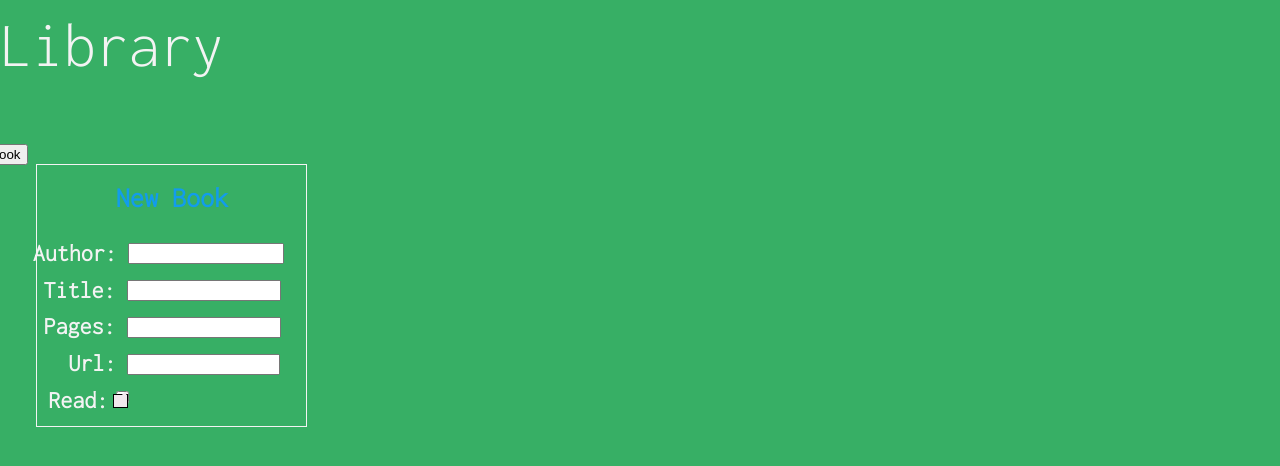
Repository: 0101chaitanya/Library
Page: index.html
These files come from the project's save history. The page is drawn as it stood at one moment and after the next save; the edit follows.
The browser window is 1280 px wide. The pictures show the whole page.

Above is the page before, as saved 2021-06-03 17:36:09.

### index.html
<!DOCTYPE html>
<html>

<head>
    <meta charset="UTF-8">
    <link rel="stylesheet" type="text/css" href="styles.css">

</head>

<body>
    <script type="text/javascript" src="script.js"></script>

</body>

</html>

### styles.css
  @import url('https://fonts.googleapis.com/css2?family=Inconsolata:wght@300&display=swap');
   :root {
      --color-white: #f3f3f3;
      --color-darkblue-alpha: rgba(27, 27, 50, 0.8);
      --color-green: #37af65;
  }

  *,
  *::before,
  *::after {
      box-sizing: border-box;
  }

  body {
      font-family: 'Inconsolata', monospace;
      font-size: 1rem;
      font-weight: 1000;
      line-height: 1.4;
      color: var(--color-white);
      margin: 0;
  }

  body::before {
      content: '';
      position: fixed;
      height: 100%;
      width: 100%;
      z-index: -1;
      background: var(--color-green);
  }

  h1 {
      font-weight: 400;
      font-size: 4rem;
      margin-top: 0rem;
  }

  label {
      display: flex;
      align-items: center;
      font-size: 1.5rem;
  }

  input,
  button {
      margin: 0;
      fontfamily: inherit
  }
  /*
  @media (max-width: 400px) {
       :root {
          font-size: 7px;
      }
  }

  @media (min-width: 401px) and (max-width: 799px) {
       :root {
          font-size: 16px;
      }
  }

  @media (min-width: 800px) {
       :root {
          font-size: 24px;
      }
  }

  @media (min-width: 1000px) {
       :root {
          font-size: 26px;
      }
  }
   */

  #newBookButton {
      position: relative;
      left: 20%;
      top: -2rem;
      left: -4.5rem;
  }

  form {
      font-size: 1.5rem;
      text-align: center;
      display: inline-flex;
      border: 0.01rem solid;
      position: relative;
      width: auto;
      top: 2rem;
      right: 4rem;
      flex-direction: column;
      align-items: center;
      justify-content: flex-start;
      text-align: flex-start;
  }

  h3 {
      position: relative;
      margin-left: 0;
      top: -1rem;
      color: rgb(18, 156, 236);
  }

  #author {
      position: relative;
      margin-bottom: 0.2rem;
      top: -1.5rem;
      left: -0.3rem;
      max-width: fit-content;
  }

  #title,
  #pages {
      position: relative;
      margin-bottom: 0.2rem;
      max-width: auto;
      top: -1.5rem;
  }

  #url {
      position: relative;
      margin-bottom: 0.2rem;
      left: 0.8rem;
      max-width: auto;
      top: -1.5rem;
  }

  #read {
      position: relative;
      margin-bottom: 0.2rem;
      right: 5.0rem;
      top: -1.5rem;
      margin-bottom: -1rem;
  }

  #authorInput {
      position: relative;
      right: -0.70rem;
      max-width: 58.0%;
  }

  #titleInput,
  #pagesInput {
      position: relative;
      right: -0.7rem;
      max-width: 60%;
  }

  #urlInput {
      position: relative;
      right: -0.7rem;
      max-width: 65.5%;
  }

  #readInput {
      position: relative;
      right: -0.5rem;
      margin-bottom: 0.4rem;
  }

  .checkMark {
      position: relative;
      display: inline-flex;
      justify-content: center;
      align-items: center;
      left: -0.5rem;
      height: 0.9rem;
      width: 0.9rem;
      border-color: black;
      border-style: solid;
      border-width: 0.01rem;
      color: rgb(241, 232, 237);
      background: rgb(241, 232, 237);
  }

  #readInput:checked~.checkMark {
      color: rgb(26, 28, 43);
      background: rgb(235, 225, 230);
  }

### script.js
let heading = document.createElement("h1");
heading.textContent = 'Library';
document.body.appendChild(heading);
let newBook = document.createElement('button');
newBook.id = 'newBookButton';
newBook.textContent = 'Add new book';
document.body.appendChild(newBook);
let form = document.createElement('form');
h3 = document.createElement('h3');
form.appendChild(h3);

function createElmt(labelName, labelId, tipe, labelTextContent, inputId, inpId, checkMk) {
    labelName = document.createElement('label');
    labelName.textContent = labelTextContent;
    labelName.id = labelId;
    labelName.htmlFor = inputId;
    inputId = document.createElement('input');
    inputId.type = tipe;
    inputId.id = inpId;
    if (inputId.type == 'text') {
        inputId.classList.add('textBox');
    }
    labelName.appendChild(inputId);
    if (checkMk == 'read') {
        let span = document.createElement('span');
        span.className = 'checkMark';
        span.innerHTML = '&#10003';


        labelName.appendChild(span);
    }
    form.appendChild(labelName);
}
h3.textContent = `New Book`;
createElmt('author', 'author', 'text', 'Author:', 'authorInput', 'authorInput');
createElmt('title', 'title', 'text', 'Title:', 'titleInput', 'titleInput');
createElmt('pages', 'pages', 'number', 'Pages:', 'pagesInput', 'pagesInput');
createElmt('url', 'url', 'text', 'Url:', 'urlInput', 'urlInput');

createElmt('read', 'read', 'checkbox', 'Read:', 'readInput', 'readInput', 'read');
console.log('author'.id);
/*
let author = document.createElement('label');
author.textContent = 'Author :';
author.htmlFor = 'authorInput';
let authorInput = document.createElement('input');
authorInput.id = 'authorInput';
author.appendChild(authorInput);
document.body.appendChild(author);
 */


function setBookObj(author, title, pages, readStatus, refUrl) {
    this.author = author;
    this.title = title;
    this.pages = pages;
    this.readStatus = readStatus;
    this.refUrl = refUrl;
}
document.body.appendChild(form);

After the next save:
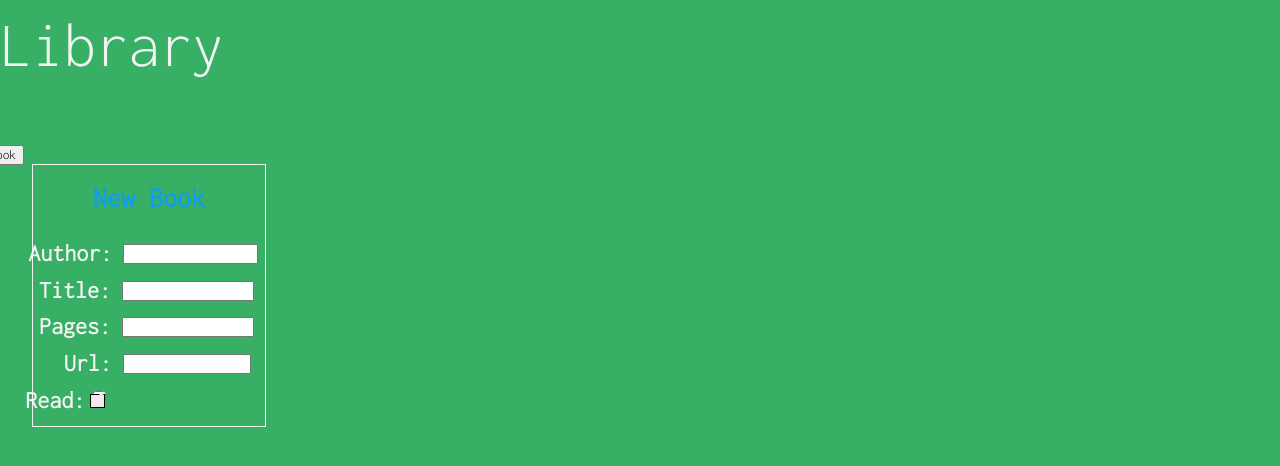
Saved 5 s later.
--- a/styles.css
+++ b/styles.css
@@ -44,7 +44,7 @@
   input,
   button {
       margin: 0;
-      fontfamily: inherit
+      font-family: inherit;
   }
   /*
   @media (max-width: 400px) {
